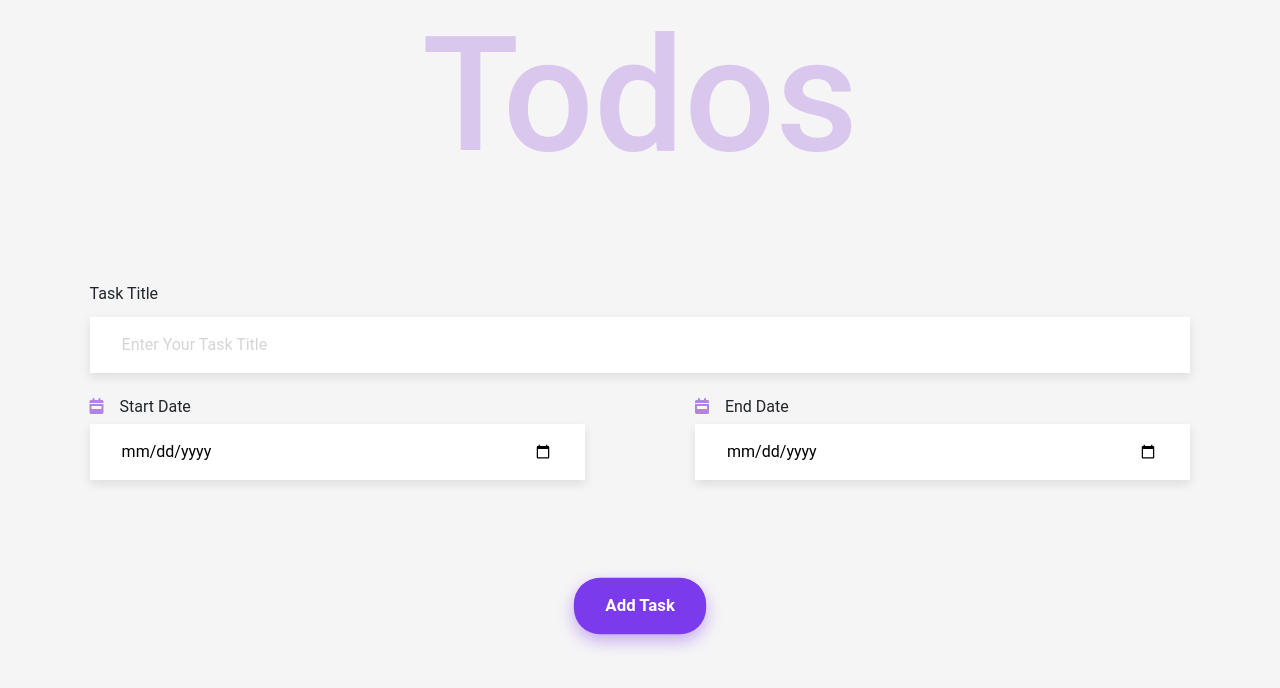
Repository: Surahailat/TypeScript
Page: Mini project 10-3/Project-TS.html
An editor plug-in stored every save of this project. The page is shown before and after a run of saves, followed by the edit.
The browser window is 1280 px wide. The pictures show the whole page.
The pointer rests on the first visible `.AddTask`.

Above is the page before, as saved 2025-03-10 15:56:32.

### Mini project 10-3/Project-TS.html
<!DOCTYPE html>
<html lang="en">

<head>
    <meta charset="UTF-8">
    <meta name="viewport" content="width=device-width, initial-scale=1.0">
    <title>Document</title>
    <link href="https://cdnjs.cloudflare.com/ajax/libs/font-awesome/6.0.0-beta3/css/all.min.css" rel="stylesheet">
    <link href="https://cdn.jsdelivr.net/npm/bootstrap@5.3.3/dist/css/bootstrap.min.css" rel="stylesheet"
        integrity="sha384-QWTKZyjpPEjISv5WaRU9OFeRpok6YctnYmDr5pNlyT2bRjXh0JMhjY6hW+ALEwIH" crossorigin="anonymous">
    <style>
        * {
            box-sizing: border-box;
        }

        body {
            background-color: #f5f5f5;
            font-family: "roboto", sans-serif;
            margin: 0;
        }

        h1 {
            color: rgb(179, 131, 226);
            font-size: 10rem;
            text-align: center;
            opacity: 0.4;

        }

        .form {
            margin: 7%;
        }

        .input {
            width: 400px;
            max-width: 100%;
            box-shadow: 0px 4px 10px rgb(0, 0, 0, 0.1);
            margin: auto;
            margin-top: 1%;
            border: none;
            width: 100%;
            display: block;
            padding: 1rem 2rem;
            font-size: 1rem;
            margin-bottom: 2%;
        }

        .input::placeholder {
            color: #d5d5d5;

        }

        .date {
            display: flex;
            flex-direction: row;
            width: 100%;
            justify-content: space-between;
        }

        .form-group {
            width: 45%;
        }

        /* .AddTask {
            background-color: #b383e2;
            color: #d5d5d5;
            text-align: center;
            border: none;
            padding: 17px 34px;
        }*/

        .butt {
            text-align: center;
        }
        .AddTask {
            background-color: #b383e2; /* لون بنفسجي راقي */
            color: white;
            text-align: center;
            border: none;
            padding: 15px 30px;
            font-size: 16px;
            font-weight: bold;
            border-radius: 25px; /* يجعل الزر ناعماً */
            cursor: pointer;
            transition: all 0.3s ease-in-out;
            box-shadow: 0 4px 10px rgba(139, 92, 246, 0.3);
        }

        .AddTask:hover {
            background-color: #7c3aed; /* لون أغمق عند التمرير */
            box-shadow: 0 6px 15px rgba(124, 58, 237, 0.4);
            transform: scale(1.05);
        }

        .AddTask:active {
            background-color: #6d28d9;
            transform: scale(0.98);
        }
    </style>
</head>

<body>
    <h1>Todos</h1>
    <div class="form">
        <Label>Task Title</Label>
        <input type="text" class="input" placeholder="Enter Your Task Title " autocomplete="off" id="title">
        <div class="date">
            <div class="form-group">
                <Label><i class="fa-solid fa-calendar-week" style="color: #b383e2;"></i> &nbsp;&nbsp;&nbsp;Start
                    Date</Label>
                <input type="date" class="input" autocomplete="off" id="startDate">
            </div>
            <div class="form-group">
                <Label><i class="fa-solid fa-calendar-week" style="color: #b383e2;"></i>&nbsp;&nbsp;&nbsp; End
                    Date</Label>
                <input type="date" class="input" autocomplete="off" id="endDate">
            </div>
        </div>
    </div>
    <div class="butt">
        <button type="submit" class="AddTask" onclick="save(event)">Add Task</button>
    </div>
    <script src="https://cdn.jsdelivr.net/npm/bootstrap@5.3.3/dist/js/bootstrap.bundle.min.js"
        integrity="sha384-YvpcrYf0tY3lHB60NNkmXc5s9fDVZLESaAA55NDzOxhy9GkcIdslK1eN7N6jIeHz"
        crossorigin="anonymous"></script>
    <script src="Project-TS.js"></script>
</body>

</html>

Loaded but not shown: Mini project 10-3/Project-TS.js (no copy from this time; the picture is the same without it)

After the next 2 saves:
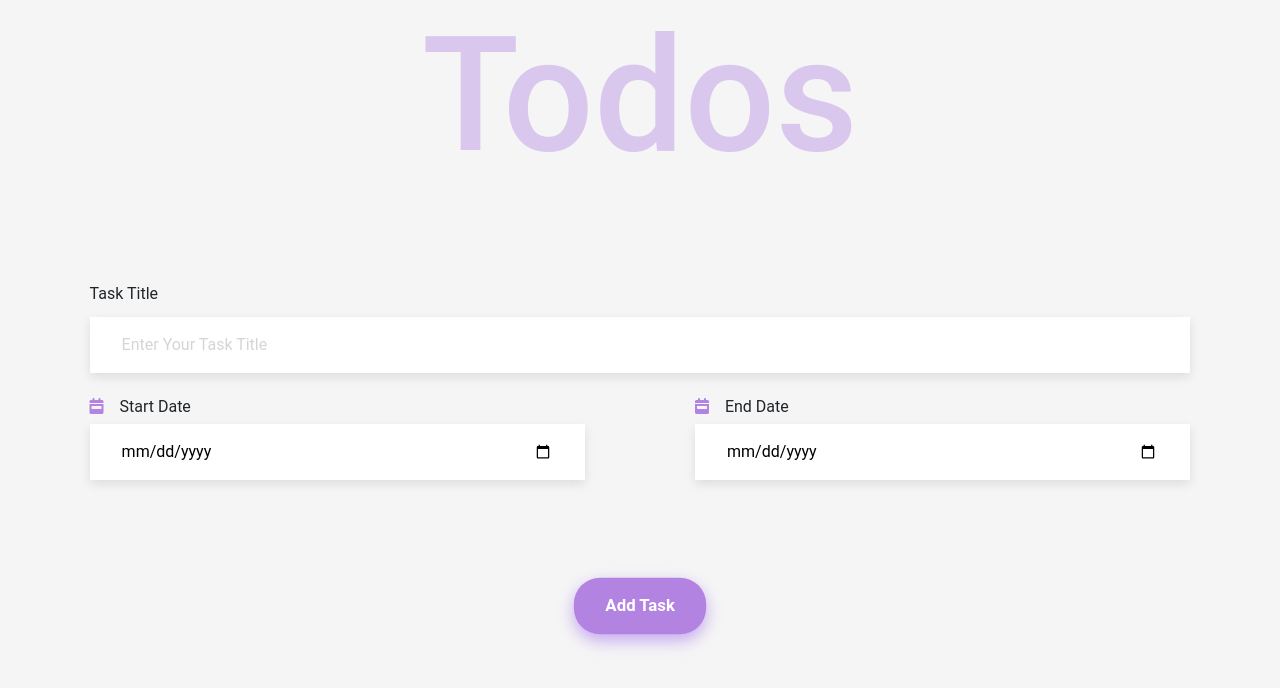
The 2 saves are shown as one change because they came seconds apart.
The last was saved 43 s later.
--- a/Mini project 10-3/Project-TS.html
+++ b/Mini project 10-3/Project-TS.html
@@ -87,7 +87,7 @@
         }
 
         .AddTask:hover {
-            background-color: #7c3aed; /* لون أغمق عند التمرير */
+            background-color: #b383e2; /* لون أغمق عند التمرير */
             box-shadow: 0 6px 15px rgba(124, 58, 237, 0.4);
             transform: scale(1.05);
         }
